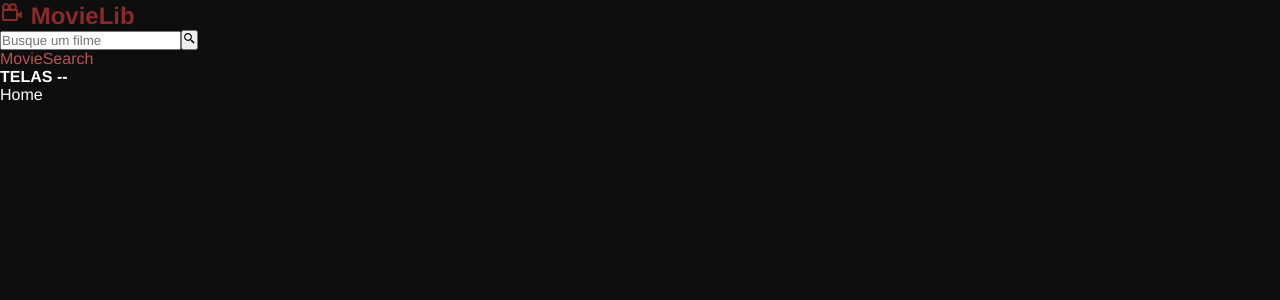
Repository: gustavo-eng/MovieLib
Page: /
An editor plug-in stored every save of this project. The page is shown before and after the next save, followed by the edit.
The browser window is 1280 px wide. The pictures show the whole page.
The page's requests for data from a server got no answer. The project was rebuilt for these pictures with package versions that can differ from the ones it lists, and the page was loaded fresh each time. No one was signed in, and anything a server would have sent is missing. Also part of the build but not shown: vite.config.js, src/Pages/Movie.jsx, src/Pages/Search.jsx.

Above is the page before, as saved 2022-12-31 01:13:19.

### src/main.jsx
import React from 'react'
import ReactDOM from 'react-dom/client'

import './index.css'

import {BrowserRouter, Routes,  Route } from 'react-router-dom'

import App from './App'
import Movie from './Pages/Movie'
import Home from './Pages/Home'
import Search from './Pages/Search'

ReactDOM.createRoot(document.getElementById('root')).render(
  <React.StrictMode>
    <BrowserRouter>
      <Routes>
        <Route element={<App />}>
          <Route path='/' element={<Home/>}/>
          <Route path='movie/:id' element={<Movie />}/>
          <Route path='search' element={<Search />}/>
        </Route>
      </Routes>
    </BrowserRouter>
  </React.StrictMode>,
)

### src/index.css
* {
  font-family: 'Franklin Gothic Medium', 'Arial Narrow', Arial, sans-serif;
  margin: 0;
  padding: 0;
  box-sizing: border-box;
}

body {
  background-color: rgb(14, 14, 14);
  color: white;
}

a {
  text-decoration: none;
  color: rgb(183, 84, 84);
  transition: .3s;
}

a:hover {
  color: rgb(137, 42, 42) ;
}

### src/App.jsx
import { useState } from 'react'
import React from 'react'

//Rotas
import { Link, Outlet } from 'react-router-dom'

//Components
import Navbar from './Components/Navbar'

function App() {
  const [count, setCount] = useState(0)

  return (
    <div className="App">
      <Navbar />
      <Link to={'/movie/13'}>Movie</Link>
      <Link to={'/search'}>Search</Link>
      <h4>TELAS -- </h4>
      <Outlet />
    </div>
  )
}

export default App

### src/Pages/Home.jsx
import React from "react";
import { useState } from "react";
import { useEffect } from "react";


const moviesURL = import.meta.env.VITE_API;
const apiKey = import.meta.env.VITE_API_KEY;


const Home = () => {
    const [topFilmes, setTopFilmes] = useState([])

    const getTopFilmes = async (url) => {
        const res = await fetch(url)
        const data = await res.json()

        console.warn(data.results)
        setTopFilmes(data.results)

    }

    useEffect(() => {
        const topRateUrl = `${moviesURL}top_rated?${apiKey}`
        getTopFilmes(topRateUrl)
        console.log(topRateUrl)
    }, [])



    return (

        <div className="Home">   Home

        </div>
    )
}

export default Home;

### src/Components/Navbar.jsx
import React from "react";

import { useState } from "react";
//Rotas
import { Link } from "react-router-dom";

//Icons
import {BiCameraMovie, BiSearchAlt2} from 'react-icons/bi'

const Navbar = () => {
    return (
       <nav id="navbar">
            <h2>
                <Link to={'/'}><BiCameraMovie /> MovieLib </Link>
            </h2>
            <form>
                <input type="text" placeholder="Busque um filme"/>
                <button type="submit"> <BiSearchAlt2 /></button>
            </form>
       </nav>
    )
}

export default Navbar;

Loaded but not shown: index.html (common file)

After the next save:
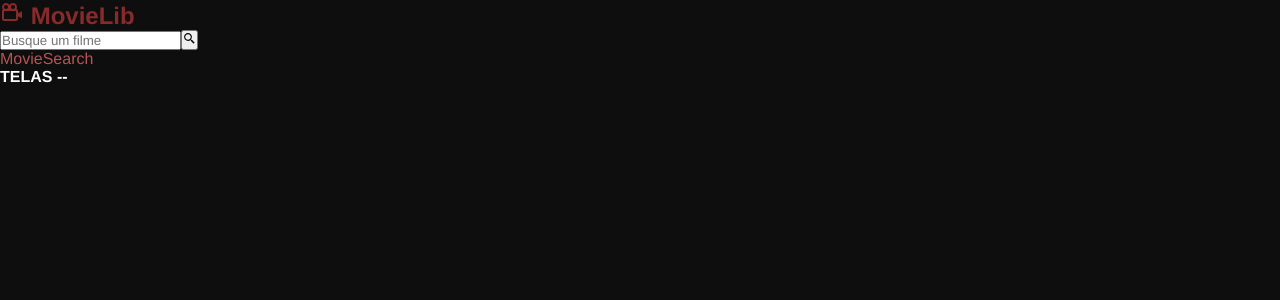
Saved 2 min 10 s later.
--- a/src/Pages/Home.jsx
+++ b/src/Pages/Home.jsx
@@ -28,9 +28,10 @@ const Home = () => {
 
 
     return (
-
-        <div className="Home">   Home
-
+        <div className="Home">
+            {
+                topFilmes ? null : null
+            }
         </div>
     )
 }
